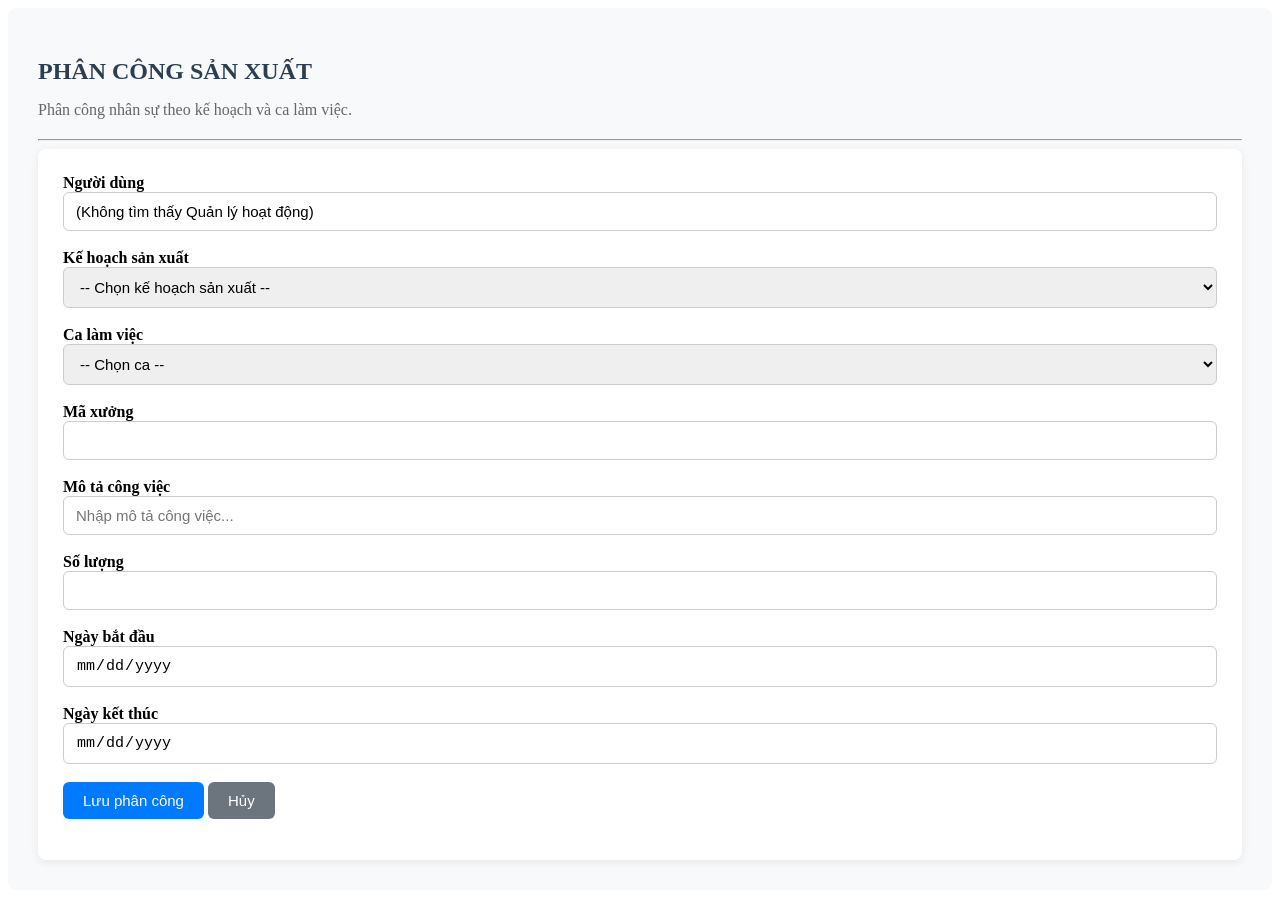
Repository: TienThanhTranK18IUH/PTUD_QLSX_NHAMAY_NOPAINNOGAIN
Page: http://localhost/app/views/phancong/PhanCongSanXuat.php
These files come from the project's save history. The page is drawn as it stood at one moment and after the next save; the edit follows.
The browser window is 1280 px wide. The pictures show the whole page.
The page is run by PHP 8.4 with error messages shown; the project is at /var/www/html/.

Above is the page before, as saved 2025-11-18 15:10:51.

### app/views/phancong/PhanCongSanXuat.php
<?php declare(strict_types=1);
// View: PhanCongSanXuat.php — không BOM/ khoảng trắng trước thẻ PHP
?>
<div class="content-wrapper">
  <div class="page-header">
    <h2><i class="fa fa-tasks"></i> PHÂN CÔNG SẢN XUẤT</h2>
    <p class="subtitle">Phân công nhân sự theo kế hoạch và ca làm việc.</p>
    <hr>
  </div>

  <?php if (isset($error)): ?>
    <div class="alert alert-danger"><?php echo htmlspecialchars($error); ?></div>
  <?php endif; ?>
  <?php if (isset($success)): ?>
    <div class="alert alert-success"><?php echo htmlspecialchars($success); ?></div>
  <?php endif; ?>

  <div class="card">
    <div class="card-body">
      <form method="post" action="index.php?controller=PhanCongCongViecSanXuat&amp;action=save">

        <!-- 🧍 NGƯỜI DÙNG: tự lấy từ DB (vai trò QuanLy) — không cho nhập/chọn -->
        <div class="form-group">
          <label><strong>Người dùng</strong></label>
          <?php if (isset($quanLy) && $quanLy): ?>
            <input type="hidden" name="maNguoiDung"
                   value="<?php echo htmlspecialchars($quanLy['maNguoiDung']); ?>">
            <input type="text" class="form-control" readonly
                   value="<?php
                     echo htmlspecialchars(
                       $quanLy['maNguoiDung'].' - '.$quanLy['hoTen'].
                       ' ('.$quanLy['vaiTro'].($quanLy['tenXuong'] ? ' - '.$quanLy['tenXuong'] : '').')'
                     );
                   ?>">
          <?php else: ?>
            <input type="text" class="form-control" readonly value="(Không tìm thấy Quản lý hoạt động)">
          <?php endif; ?>
        </div>

        <!-- 🧭 KẾ HOẠCH SẢN XUẤT -->
        <div class="form-group">
          <label><strong>Kế hoạch sản xuất</strong></label>
          <select id="maKeHoach" class="form-control" onchange="capNhatThongTinKeHoach()" required>
            <option value="">-- Chọn kế hoạch sản xuất --</option>
            <?php if (!empty($keHoachList)): foreach ($keHoachList as $kh): ?>
              <option
                value="<?php echo htmlspecialchars($kh['maXuong']); ?>"
                data-tongsoluong="<?php echo isset($kh['tongSoLuong']) ? htmlspecialchars($kh['tongSoLuong']) : 0; ?>"
                data-batdau="<?php echo htmlspecialchars($kh['ngayBatDau']); ?>"
                data-ketthuc="<?php echo htmlspecialchars($kh['ngayKetThuc']); ?>"
              >
                <?php echo htmlspecialchars($kh['maKeHoach'].' - Xưởng '.$kh['maXuong']); ?>
              </option>
            <?php endforeach; endif; ?>
          </select>
        </div>

        <!-- ⏰ CA LÀM VIỆC -->
        <div class="form-group">
          <label><strong>Ca làm việc</strong></label>
          <select name="maCa" class="form-control" required>
            <option value="">-- Chọn ca --</option>
            <?php if (!empty($caList)): foreach ($caList as $ca): ?>
              <option value="<?php echo htmlspecialchars($ca['maCa']); ?>">
                <?php
                  $bd = isset($ca['gioBatDau']) ? $ca['gioBatDau'] : (isset($ca['thoiGianBatDau']) ? $ca['thoiGianBatDau'] : '');
                  $kt = isset($ca['gioKetThuc']) ? $ca['gioKetThuc'] : (isset($ca['thoiGianKetThuc']) ? $ca['thoiGianKetThuc'] : '');
                  echo htmlspecialchars($ca['maCa'].' ('.$bd.' - '.$kt.')');
                ?>
              </option>
            <?php endforeach; endif; ?>
          </select>
        </div>

        <div class="form-group">
          <label><strong>Mã xưởng</strong></label>
          <input type="text" id="maXuong" name="maXuong" class="form-control" readonly required>
        </div>

        <div class="form-group">
          <label><strong>Mô tả công việc</strong></label>
          <input type="text" name="moTaCongViec" class="form-control" placeholder="Nhập mô tả công việc..." required>
        </div>

        <div class="form-group">
          <label><strong>Số lượng</strong></label>
          <input type="number" id="soLuong" name="soLuong" class="form-control" readonly>
        </div>

        <div class="form-group">
          <label><strong>Ngày bắt đầu</strong></label>
          <input type="date" id="ngayBatDau" name="ngayBatDau" class="form-control" readonly>
        </div>

        <div class="form-group">
          <label><strong>Ngày kết thúc</strong></label>
          <input type="date" id="ngayKetThuc" name="ngayKetThuc" class="form-control" readonly>
        </div>

        <div class="form-actions text-center mt-4">
          <button type="submit" class="btn btn-primary"><i class="fa fa-save"></i> Lưu phân công</button>
          <button type="reset" class="btn btn-secondary"><i class="fa fa-times"></i> Hủy</button>
        </div>
      </form>
    </div>
  </div>
</div>

<script type="text/javascript">
function capNhatThongTinKeHoach() {
  var select = document.getElementById('maKeHoach');
  if (!select) return;
  var option = select.options[select.selectedIndex] || null;
  if (!option) return;

  document.getElementById('maXuong').value     = option.value || '';
  document.getElementById('soLuong').value     = option.getAttribute('data-tongsoluong') || 0;
  document.getElementById('ngayBatDau').value  = option.getAttribute('data-batdau') || '';
  document.getElementById('ngayKetThuc').value = option.getAttribute('data-ketthuc') || '';
}
</script>

<style>
  .content-wrapper {padding:30px;background:#f8f9fa;border-radius:8px;}
  .page-header h2 {font-weight:700;color:#2c3e50;margin-bottom:5px;}
  .subtitle {color:#666;margin-bottom:20px;}
  .card {background:#fff;border-radius:8px;box-shadow:0 2px 10px rgba(0,0,0,0.08);padding:25px;}
  .form-group {margin-bottom:18px;}
  .form-control {width:100%;padding:10px 12px;border:1px solid #ccc;border-radius:6px;font-size:15px;}
  .form-control:focus {border-color:#007bff;box-shadow:0 0 3px rgba(0,123,255,0.4);outline:none;}
  .btn {padding:10px 20px;border-radius:6px;border:none;font-size:15px;cursor:pointer;}
  .btn-primary {background:#007bff;color:#fff;} .btn-primary:hover {background:#0056b3;}
  .btn-secondary {background:#6c757d;color:#fff;} .btn-secondary:hover {background:#5a6268;}
  .alert {padding:10px 15px;border-radius:6px;margin-bottom:15px;}
  .alert-danger {background:#f8d7da;color:#721c24;} .alert-success {background:#d4edda;color:#155724;}
</style>

After the next save:
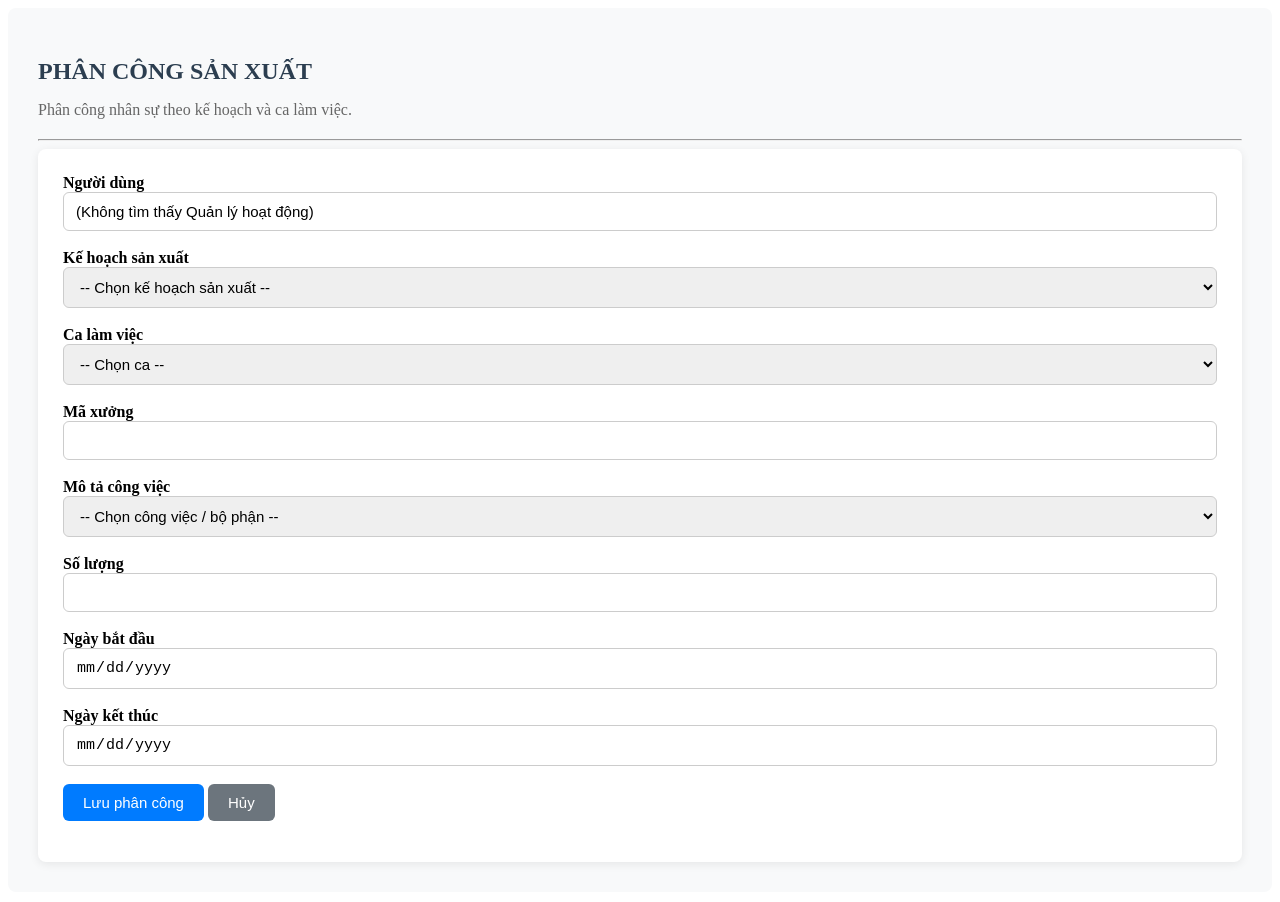
Saved 59 s later.
--- a/app/views/phancong/PhanCongSanXuat.php
+++ b/app/views/phancong/PhanCongSanXuat.php
@@ -77,10 +77,28 @@
           <input type="text" id="maXuong" name="maXuong" class="form-control" readonly required>
         </div>
 
-        <div class="form-group">
-          <label><strong>Mô tả công việc</strong></label>
-          <input type="text" name="moTaCongViec" class="form-control" placeholder="Nhập mô tả công việc..." required>
-        </div>
+        <!-- MÔ TẢ CÔNG VIỆC (chọn từ Bộ phận theo xưởng) -->
+<div class="form-group">
+  <label><strong>Mô tả công việc</strong></label>
+  <select id="moTaCongViec" name="moTaCongViec" class="form-control" required>
+    <option value="">-- Chọn công việc / bộ phận --</option>
+    <?php
+      // Lấy danh sách bộ phận từ DB (nếu đã có $bophanList từ controller)
+      // $bophanList = array(
+      //    array('maBoPhan'=>'BP001','tenBoPhan'=>'Cắt da giày','maXuong'=>'X001'),
+      //    ...
+      // );
+      if (!empty($bophanList)):
+        foreach ($bophanList as $bp):
+    ?>
+      <option value="<?php echo htmlspecialchars($bp['tenBoPhan']); ?>"
+              data-maxuong="<?php echo htmlspecialchars($bp['maXuong']); ?>">
+        <?php echo htmlspecialchars($bp['tenBoPhan']); ?>
+      </option>
+    <?php endforeach; endif; ?>
+  </select>
+</div>
+
 
         <div class="form-group">
           <label><strong>Số lượng</strong></label>
